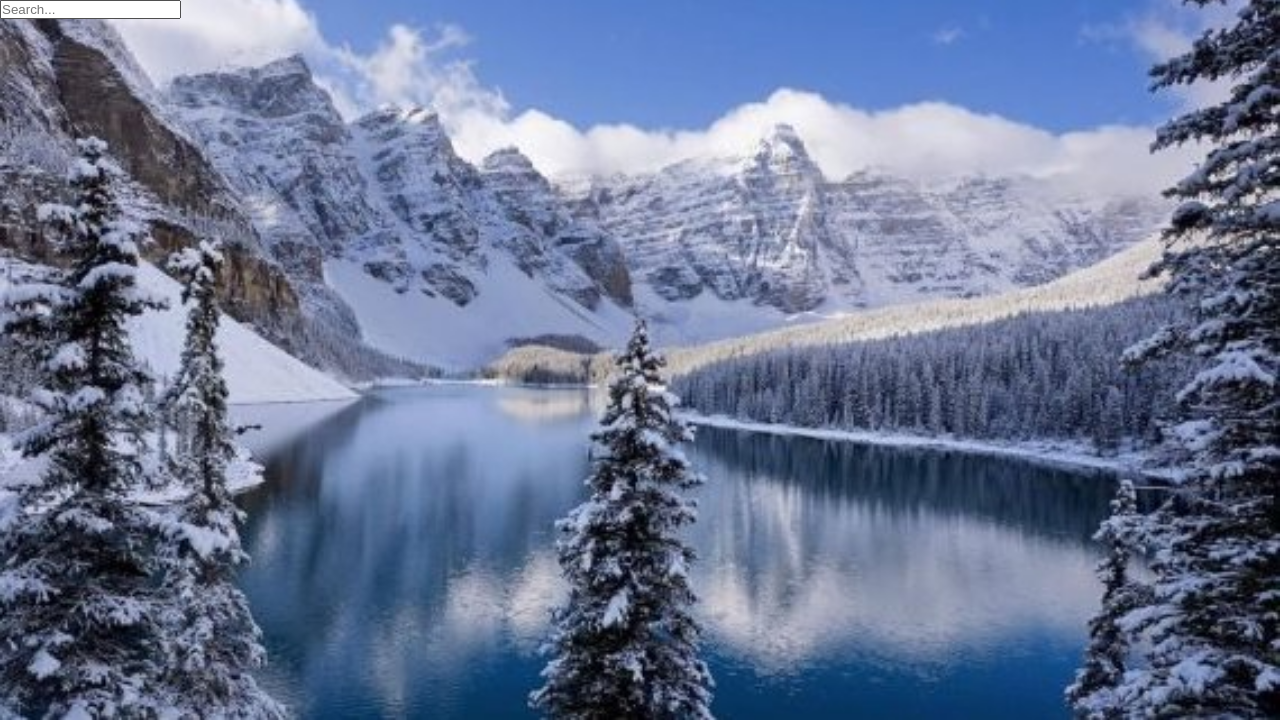
Repository: K-TT/WeatherApp
Page: /
These files come from the project's save history. The page is drawn as it stood at one moment and after the next save; the edit follows.
The browser window is 1280 px wide. The pictures show the whole page.
The project was rebuilt for these pictures with package versions that can differ from the ones it lists, and the page was loaded fresh each time.

Above is the page before, as saved 2022-01-13 23:04:40.

After the next save:
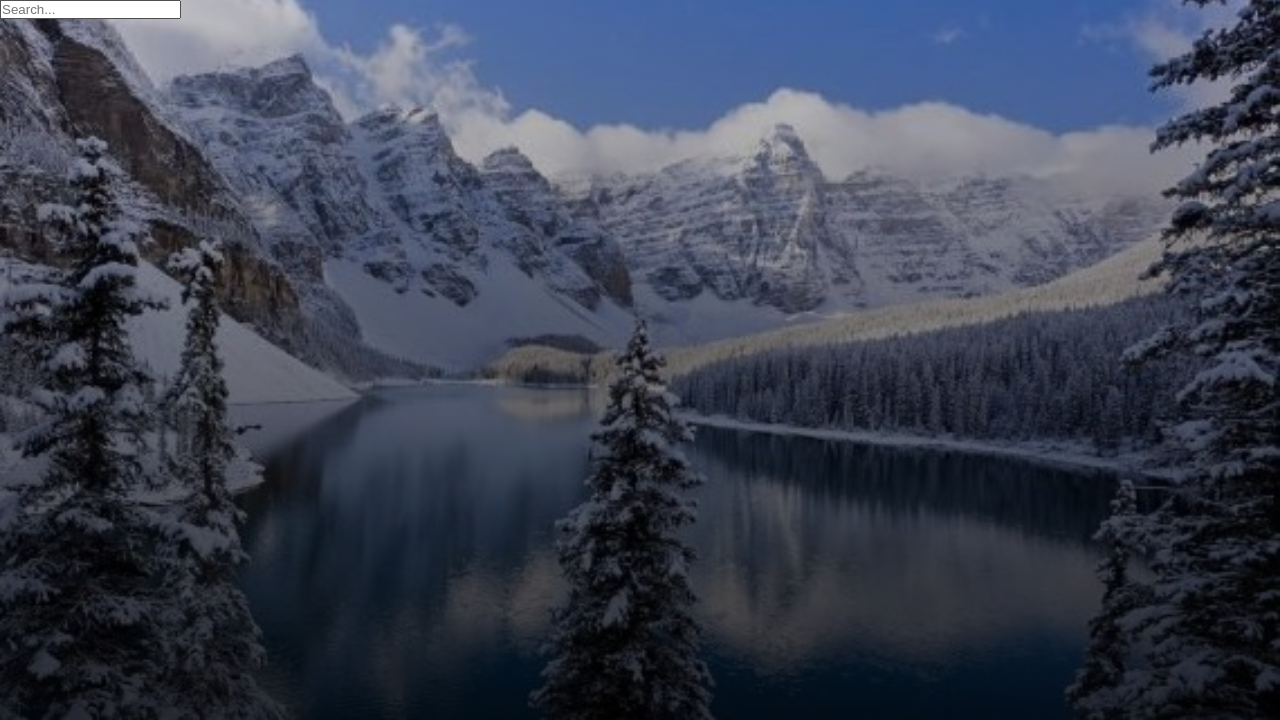
Saved 4 s later.
--- a/src/index.css
+++ b/src/index.css
@@ -21,5 +21,5 @@ body {
 
 main {
     min-height: 100vh;
-    background-image: linear-gradient(to bottom, rgba(0, 0, 0, 0.2), rgba(0, 0, 0, 0.))
+    background-image: linear-gradient(to bottom, rgba(0, 0, 0, 0.2), rgba(0, 0, 0, 0.75))
 }
